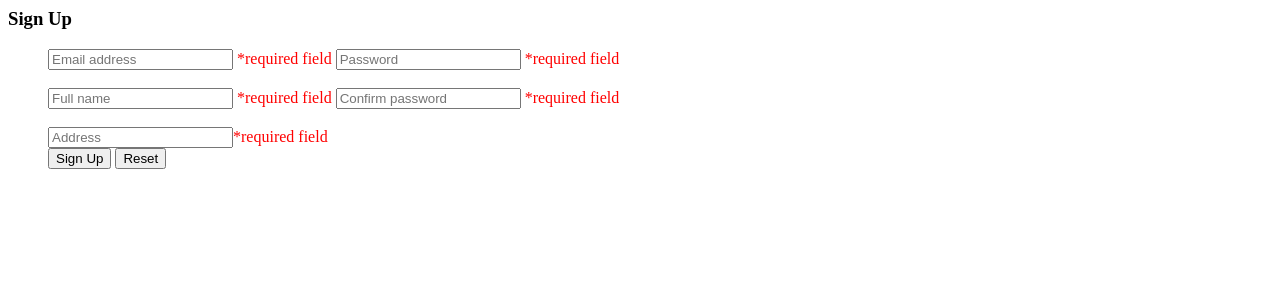
Repository: mihaisitaru/bazar
Page: http://localhost/php/work3/registration.php
The author's editor kept a record of every edit. The page is drawn from the files as they stood at one moment, then again after the next edit.
The browser window is 1280 px wide. The pictures show the whole page.
The page is run by PHP 8.4 with error messages shown; the project is at /var/www/html/.

Above is the page before.

### php/work3/registration.php
<?php
require_once('config/general.php');
?>
<html>
<head>
<title>Create new account</title>
<style>
.error {color: #FF0000;}
</style>
</head>
<body>
<h3>Sign Up</h3>
<form action="<?php echo htmlspecialchars('/php/work3/api/user/signUpUser.php') ?>" method="POST">
    <ul type="none">
        <!--<li><input type="email" name="email" placeholder="Email address" />-->
        <li><input type="text" name="email" placeholder="Email address" /> <span class="error"><?php echo _ERROR_REQUIRED_FIELD_MSG;?></span>
        <input type="password" name="password" placeholder="Password" /> <span class="error"><?php echo _ERROR_REQUIRED_FIELD_MSG;?></span></li><br />
        <li><input type="text" name="fullName" placeholder="Full name" /> <span class="error"><?php echo _ERROR_REQUIRED_FIELD_MSG;?></span>
        <input type="password" name="passwordConfirm" placeholder="Confirm password" /> <span class="error"><?php echo _ERROR_REQUIRED_FIELD_MSG;?></span> </li><br />
        <input type="text" name="address" placeholder="Address" /><span class="error"><?php echo _ERROR_REQUIRED_FIELD_MSG;?></span></li>
        <li><input type="submit" value="Sign Up" />
        <input type="reset" value="Reset" /></li>
    </ul>
</form>

</body>
</html>

### php/work3/config/general.php
<?php
session_start();
require_once(__DIR__.'/constants.php');
?>

<?php
require_once(__DIR__.'/../'._LIB_FOLDER.'/databaseHelper.php');
databaseConnect();

### php/work3/config/constants.php
<?php
/*
*                                         $$\                          $$\                             $$\
*                                          $$ |                         $$ |                            $$ |
* $$$$$$$\  $$$$$$\  $$$$$$$\   $$$$$$$\ $$$$$$\    $$$$$$\  $$$$$$$\ $$$$$$\    $$$$$$$\      $$$$$$\  $$$$$$$\   $$$$$$\
*$$  _____|$$  __$$\ $$  __$$\ $$  _____|\_$$  _|   \____$$\ $$  __$$\\_$$  _|  $$  _____|    $$  __$$\ $$  __$$\ $$  __$$\
*$$ /      $$ /  $$ |$$ |  $$ |\$$$$$$\    $$ |     $$$$$$$ |$$ |  $$ | $$ |    \$$$$$$\      $$ /  $$ |$$ |  $$ |$$ /  $$ |
*$$ |      $$ |  $$ |$$ |  $$ | \____$$\   $$ |$$\ $$  __$$ |$$ |  $$ | $$ |$$\  \____$$\     $$ |  $$ |$$ |  $$ |$$ |  $$ |
*\$$$$$$$\ \$$$$$$  |$$ |  $$ |$$$$$$$  |  \$$$$  |\$$$$$$$ |$$ |  $$ | \$$$$  |$$$$$$$  |$$\ $$$$$$$  |$$ |  $$ |$$$$$$$  |
* \_______| \______/ \__|  \__|\_______/    \____/  \_______|\__|  \__|  \____/ \_______/ \__|$$  ____/ \__|  \__|$$  ____/
*                                                                                            $$ |                $$ |
*                                                                                             $$ |                $$ |
*                                                                                             \__|                \__|
*/
 //constants for navigating folders
 define("_LIB_FOLDER", "lib");
 define("_API_FOLDER", "api");
 //db details
 define("_DB_HOST", "127.0.0.1");
 define("_DB_USER", "mihaisitaru");
 define("_DB_PASSWORD", "");
 define("_DB_NAME", "bazar_shop_online");
 define("_DB_PORT", "3306");
 //constants for errors
 /**************************************************************************************************************************/
 #connection
 define("_ERROR_DB_CONNECTION_CODE", "db1000");
 define("_ERROR_DB_CONNECTION_MSG", "Can't connect to the specified Database with the specified IP.");
 #user
 define("_ERROR_EMAIL_OR_PASSWORD_NOT_SPECIFIED_CODE", "u1001");
 define("_ERROR_EMAIL_OR_PASSWORD_NOT_SPECIFIED_MSG", "Email or password not specified");
 define("_ERROR_EMAIL_NOT_SPECIFIED_CODE", "u1001e");
 define("_ERROR_EMAIL_NOT_SPECIFIED_MSG", "Email not specified");
 define("_ERROR_EMAIL_OR_PASSWORD_NOT_CORRECT_CODE", "u1002");
 define("_ERROR_EMAIL_OR_PASSWORD_NOT_CORRECT_MSG", "Email or password is not correct");
 define("_ERROR_EMAIL_NOT_CORRECT_CODE", "u1002e");
 define("_ERROR_EMAIL_NOT_CORRECT_MSG", "Email is not correct");
 define("_ERROR_USER_NOT_LOGGED_IN_CODE", "u1003");
 define("_ERROR_USER_NOT_LOGGED_IN_MSG", "You are not logged in. Please authenticate first in order to get access to this functionality.");
 define("_ERROR_REQUIRED_STAR_FIELD_CODE", "u1004");
 define("_ERROR_REQUIRED_STAR_FIELD_MSG", "*");
 define("_ERROR_REQUIRED_FIELD_CODE", "u1005");
 define("_ERROR_REQUIRED_FIELD_MSG", "*required field");
 define("_ERROR_USER_MUST_LOGIN_FIRST_CODE", "u1006");
 define("_ERROR_USER_MUST_LOGIN_FIRST_MSG", "You are not logged in. Please login first in order to be able to logout.");
 define("_ERROR_USER_NOT_RECOGNIZED_CODE", "u1007");
 define("_ERROR_USER_NOT_RECOGNIZED_MSG", "There is no account with this email. Do you want to create one?");
 define("_ERROR_DETAILS_NOT_SPECIFIED_CODE", "u1008");
 define("_ERROR_DETAILS_NOT_SPECIFIED_MSG", "All fields are required. Please add values to them.");
 define("_ERROR_EMAIL_ALREADY_EXISTS_CODE", "u1009");
 define("_ERROR_EMAIL_ALREADY_EXISTS_MSG", "An account with this email address already exists. Please choose another one.");
 define("_ERROR_PASSWORDS_DO_NOT_MATCH_CODE", "u1010");
 define("_ERROR_PASSWORDS_DO_NOT_MATCH_MSG", "Inserted passwords do not match. Please try again.");
 define("_ERROR_DETAILS_NOT_UPDATED_CODE", "u1011");
 define("_ERROR_DETAILS_NOT_UPDATED_MSG", "We could't update your info. Please try again.");
 define("_ERROR_ACCOUNT_NOT_CREATED_CODE", "u1012");
 define("_ERROR_ACCOUNT_NOT_CREATED_MSG", "Account not created. Please try again.");
 #category
 define("_ERROR_CATEGORY_NAME_OR_STATUS_NOT_SPECIFIED_CODE", "ca1000");
 define("_ERROR_CATEGORY_NAME_OR_STATUS_NOT_SPECIFIED_MSG", "Category name or status not specified.");
 define("_ERROR_CATEGORY_NOT_CREATED_CODE", "ca1001");
 define("_ERROR_CATEGORY_NOT_CREATED_MSG", "Category not created.");
 define("_ERROR_CATEGORY_NOT_FOUND_CODE", "ca1002");
 define("_ERROR_CATEGORY_NOT_FOUND_MSG", "Category not found.");
 define("_ERROR_CATEGORY_NOT_DELETED_CODE", "ca1003");
 define("_ERROR_CATEGORY_NOT_DELETED_MSG", "Category not deleted.");
 define("_ERROR_CATEGORY_NOT_UPDATED_CODE", "ca1004");
 define("_ERROR_CATEGORY_NOT_UPDATED_MSG", "Category not updated.");
 define("_ERROR_NO_CATEGORY_WAS_FOUND_CODE", "ca1005");
 define("_ERROR_NO_CATEGORY_WAS_FOUND_MSG", "No category was found.");
 define("_ERROR_CATEGORY_ID_NAME_OR_STATUS_NOT_SPECIFIED_CODE", "ca1006");
 define("_ERROR_CATEGORY_ID_NAME_OR_STATUS_NOT_SPECIFIED_MSG", "Category id, name or status not specified.");
 define("_ERROR_CATEGORY_NOT_SPECIFIED_CODE", "ca1007");
 define("_ERROR_CATEGORY_NOT_SPECIFIED_MSG", "Category not specified.");
 #product
 define("_ERROR_PRODUCT_DETAILS_NOT_SPECIFIED_CODE", "p1000");
 define("_ERROR_PRODUCT_DETAILS_NOT_SPECIFIED_MSG", "Product details not specified.");
 define("_ERROR_PRODUCT_NOT_CREATED_CODE", "p1001");
 define("_ERROR_PRODUCT_NOT_CREATED_MSG", "Product not added.");
 define("_ERROR_PRODUCT_NOT_FOUND_CODE", "p1002");
 define("_ERROR_PRODUCT_NOT_FOUND_MSG", "Product not found.");
 define("_ERROR_NO_PRODUCT_WAS_FOUND_CODE", "p1003");
 define("_ERROR_NO_PRODUCT_WAS_FOUND_MSG", "No product was found.");
 define("_ERROR_PRODUCT_NOT_DELETED_CODE", "p1004");
 define("_ERROR_PRODUCT_NOT_DELETED_MSG", "Product not deleted.");
 define("_ERROR_PRODUCT_NOT_UPDATED_CODE", "p1005");
 define("_ERROR_PRODUCT_NOT_UPDATED_MSG", "Product not updated.");
 define("_ERROR_IMAGE_NOT_SELECTED_CODE", "p1006");
 define("_ERROR_IMAGE_NOT_SELECTED_MSG", "Image not selected.");
 define("_ERROR_IMAGE_NOT_UPLOADED_CODE", "p1007");
 define("_ERROR_IMAGE_NOT_UPLOADED_MSG", "Image not uploaded.");
 define("_ERROR_IMAGE_NOT_SPECIFIED_CODE", "p1008");
 define("_ERROR_IMAGE_NOT_SPECIFIED_MSG", "Image not specified.");
 define("_ERROR_IMAGE_NOT_DELETED_CODE", "p1009");
 define("_ERROR_IMAGE_NOT_DELETED_MSG", "Image not deleted.");
 define("_ERROR_PRODUCTS_NOT_DEFINED_CODE", "p1010");
 define("_ERROR_PRODUCTS_NOT_DEFINED_MSG", "Products not defined.");
 define("_ERROR_NO_PRODUCT_IN_SPECIFIED_CATEGORY_FOUND_CODE", "p1011");
 define("_ERROR_NO_PRODUCT_IN_SPECIFIED_CATEGORY_FOUND_MSG", "No product in specified category found.");
 define("_ERROR_PRODUCT_OR_CATEGORY_NOT_FOUND_CODE", "p1012");
 define("_ERROR_PRODUCT_OR_CATEGORY_NOT_FOUND_MSG", "Product or category not found.");
 define("_ERROR_PRODUCT_IMAGE_NOT_FOUND_CODE", "p1013");
 define("_ERROR_PRODUCT_IMAGE_NOT_FOUND_MSG", "Product image not found.");
 define("_ERROR_NO_IMAGE_FOUND_CODE", "p1014");
 define("_ERROR_NO_IMAGE_FOUND_MSG", "No image found.");
 define("_ERROR_NO_HOTDEAL_WAS_FOUND_CODE", "p1015");
 define("_ERROR_NO_HOTDEAL_WAS_FOUND_MSG", "No product was found.");
 define("_ERROR_NO_DATA_WAS_FOUND_CODE", "p1016");
 define("_ERROR_NO_DATA_WAS_FOUND_MSG", "No data was found.");
 define("_ERROR_NO_CUSTOMER_SUPPORT_WAS_FOUND_CODE", "p1017");
 define("_ERROR_NO_CUSTOMER_SUPPORT_WAS_FOUND_MSG", "No customer support data was found.");
 #order
 define("_ERROR_ORDER_NOT_SPECIFIED_CODE", "o1000");
 define("_ERROR_ORDER_NOT_SPECIFIED_MSG", "Order not specified.");
 define("_ERROR_ORDER_NOT_FOUND_CODE", "o1001");
 define("_ERROR_ORDER_NOT_FOUND_MSG", "Order not found.");
 define("_ERROR_CART_IS_EMPTY_CODE", "o1002");
 define("_ERROR_CART_IS_EMPTY_MSG", "Cart is empty.");
 define("_ERROR_ORDER_NOT_PROCESSED_CODE", "o1003");
 define("_ERROR_ORDER_NOT_PROCESSED_MSG", "Order not processed.");
 define("_ERROR_CART_NOT_EMPTIED_OUT_CODE", "o1004");
 define("_ERROR_CART_NOT_EMPTIED_OUT_MSG", "Cart not emptied out.");
 #currency
 define("_ERROR_CURRENCY_NAME_CODE_OR_STATUS_NOT_SPECIFIED_CODE", "cu1000");
 define("_ERROR_CURRENCY_NAME_CODE_OR_STATUS_NOT_SPECIFIED_MSG", "Currency name, code or status not specified.");
 define("_ERROR_CURRENCY_NOT_CREATED_CODE", "cu1001");
 define("_ERROR_CURRENCY_NOT_CREATED_MSG", "Currency not created.");
 define("_ERROR_CURRENCY_NOT_FOUND_CODE", "cu1002");
 define("_ERROR_CURRENCY_NOT_FOUND_MSG", "Currency not found.");
 define("_ERROR_CURRENCY_NOT_DELETED_CODE", "cu1003");
 define("_ERROR_CURRENCY_NOT_DELETED_MSG", "Currency not deleted.");
 define("_ERROR_CURRENCY_NOT_UPDATED_CODE", "cu1004");
 define("_ERROR_CURRENCY_NOT_UPDATED_MSG", "Currency not updated.");
 define("_ERROR_NO_CURRENCY_WAS_FOUND_CODE", "cu1005");
 define("_ERROR_NO_CURRENCY_WAS_FOUND_MSG", "No currency was found.");
 define("_ERROR_CURRENCY_CODE_OR_STATUS_NOT_SPECIFIED_CODE", "cu1006");
 define("_ERROR_CURRENCY_CODE_OR_STATUS_NOT_SPECIFIED_MSG", "Currency code or status not specified.");
 define("_ERROR_CURRENCY_CODE_NAME_OR_STATUS_NOT_SPECIFIED_CODE", "cu1007");
 define("_ERROR_CURRENCY_CODE_NAME_OR_STATUS_NOT_SPECIFIED_MSG", "Currency code, name or status not specified.");

### php/work3/lib/databaseHelper.php
<?php
require_once('outputHelper.php');

function databaseConnect() {
    global $db;
    $db = mysqli_connect(_DB_HOST, _DB_USER, _DB_PASSWORD, _DB_NAME, _DB_PORT);

    if (mysqli_connect_error()) {
        throwJSONError(_ERROR_DB_CONNECTION_CODE, _ERROR_DB_CONNECTION_MSG);
        exit();
    }
    else {
        mysqli_set_charset($db, 'utf8');
    }
}

### php/work3/lib/outputHelper.php
<?php

function returnHeader() {
    header('Content-Type: application/json');
}

function throwJSONError($errorCode, $errorMessage) {
    $result = array(
        "successful" => false,
        "errorCode" => $errorCode,
        "errorMessage" => $errorMessage
    );
    $encodedJSON = json_encode($result);
    echo $encodedJSON;
    exit();
}

function echoJSONOutput($out = array()) {
    $newOut = array("successful" => true);

    if (is_array($out) AND count($out) > 0) {
        $newOut['details'] = $out;
    }
    http_response_code(400);
    echo json_encode($newOut);
    exit();
}

After the next edit:
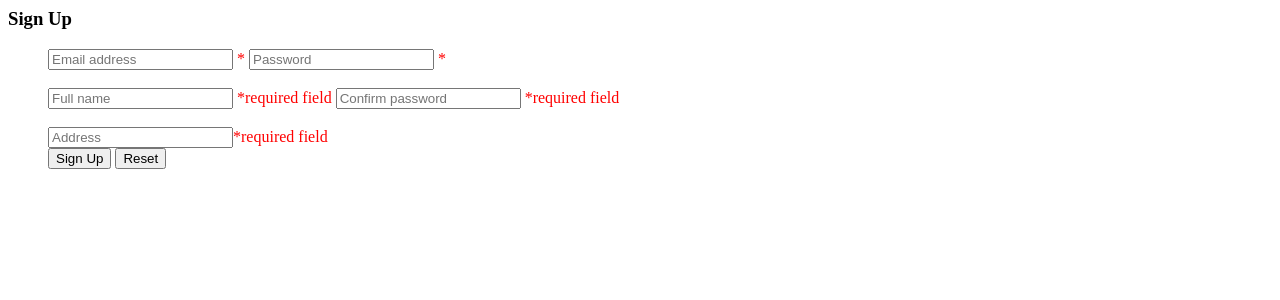
The edit:
--- a/php/work3/registration.php
+++ b/php/work3/registration.php
@@ -13,8 +13,8 @@
 <form action="<?php echo htmlspecialchars('/php/work3/api/user/signUpUser.php') ?>" method="POST">
     <ul type="none">
         <!--<li><input type="email" name="email" placeholder="Email address" />-->
-        <li><input type="text" name="email" placeholder="Email address" /> <span class="error"><?php echo _ERROR_REQUIRED_FIELD_MSG;?></span>
-        <input type="password" name="password" placeholder="Password" /> <span class="error"><?php echo _ERROR_REQUIRED_FIELD_MSG;?></span></li><br />
+        <li><input type="text" name="email" placeholder="Email address" /> <span class="error"><?php echo _ERROR_REQUIRED_STAR_FIELD_MSG;?></span>
+        <input type="password" name="password" placeholder="Password" /> <span class="error"><?php echo _ERROR_REQUIRED_STAR_FIELD_MSG;?></span></li><br />
         <li><input type="text" name="fullName" placeholder="Full name" /> <span class="error"><?php echo _ERROR_REQUIRED_FIELD_MSG;?></span>
         <input type="password" name="passwordConfirm" placeholder="Confirm password" /> <span class="error"><?php echo _ERROR_REQUIRED_FIELD_MSG;?></span> </li><br />
         <input type="text" name="address" placeholder="Address" /><span class="error"><?php echo _ERROR_REQUIRED_FIELD_MSG;?></span></li>
